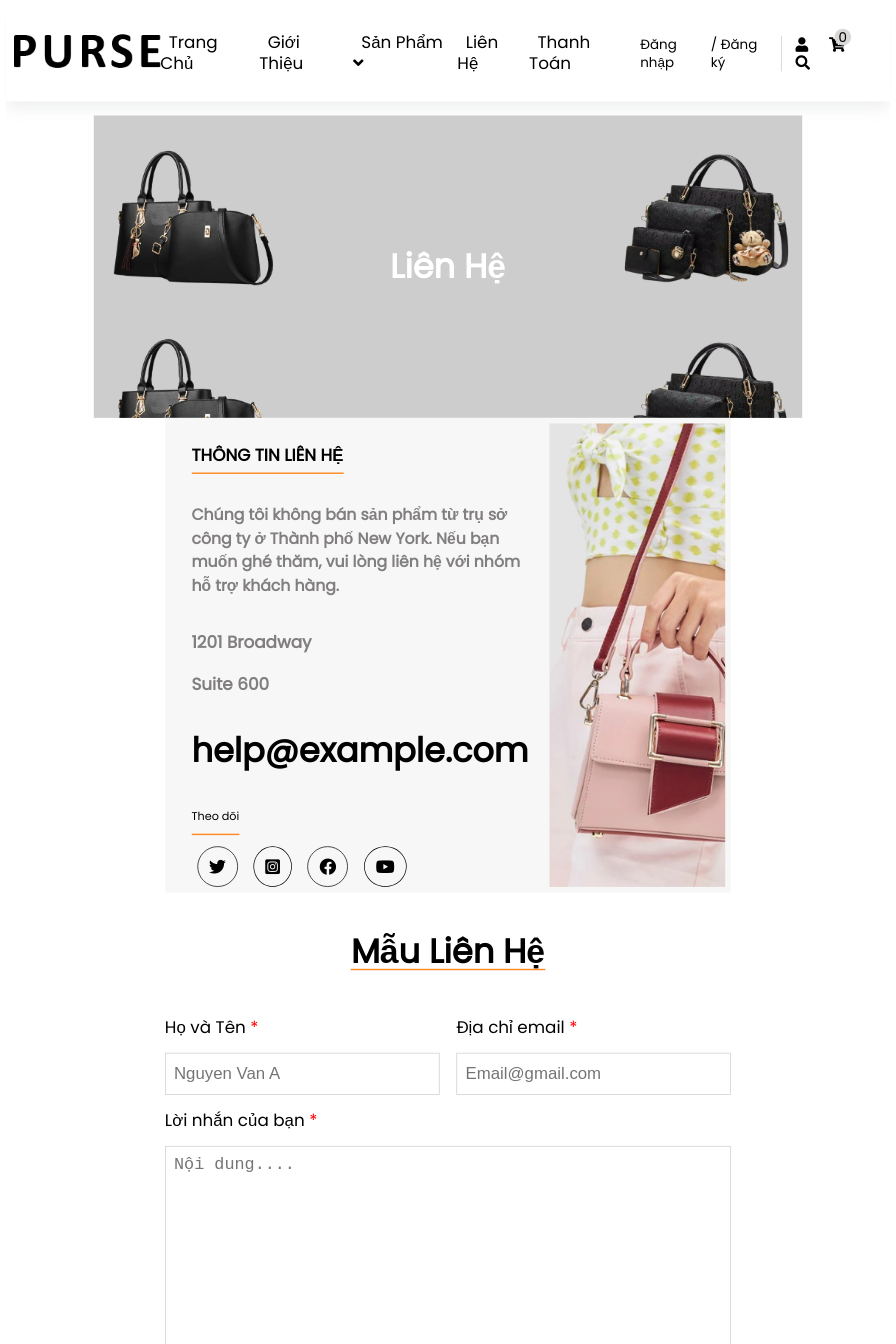
Repository: minh352623/project_firebase
Page: contact.html
The author's editor kept a copy of each file at every save. The page is drawn from the files as they stood at one save, then again after the next save.
The browser window is 1280 px wide. The pictures show the part of the page from y = 0 to 1920 px (the page is 2880 px tall before and 2888 px after), at 70% of full size.
Some web libraries are served in a nearby version.

Above is the page before, as saved 2022-05-12 20:15:56.

After the next save:
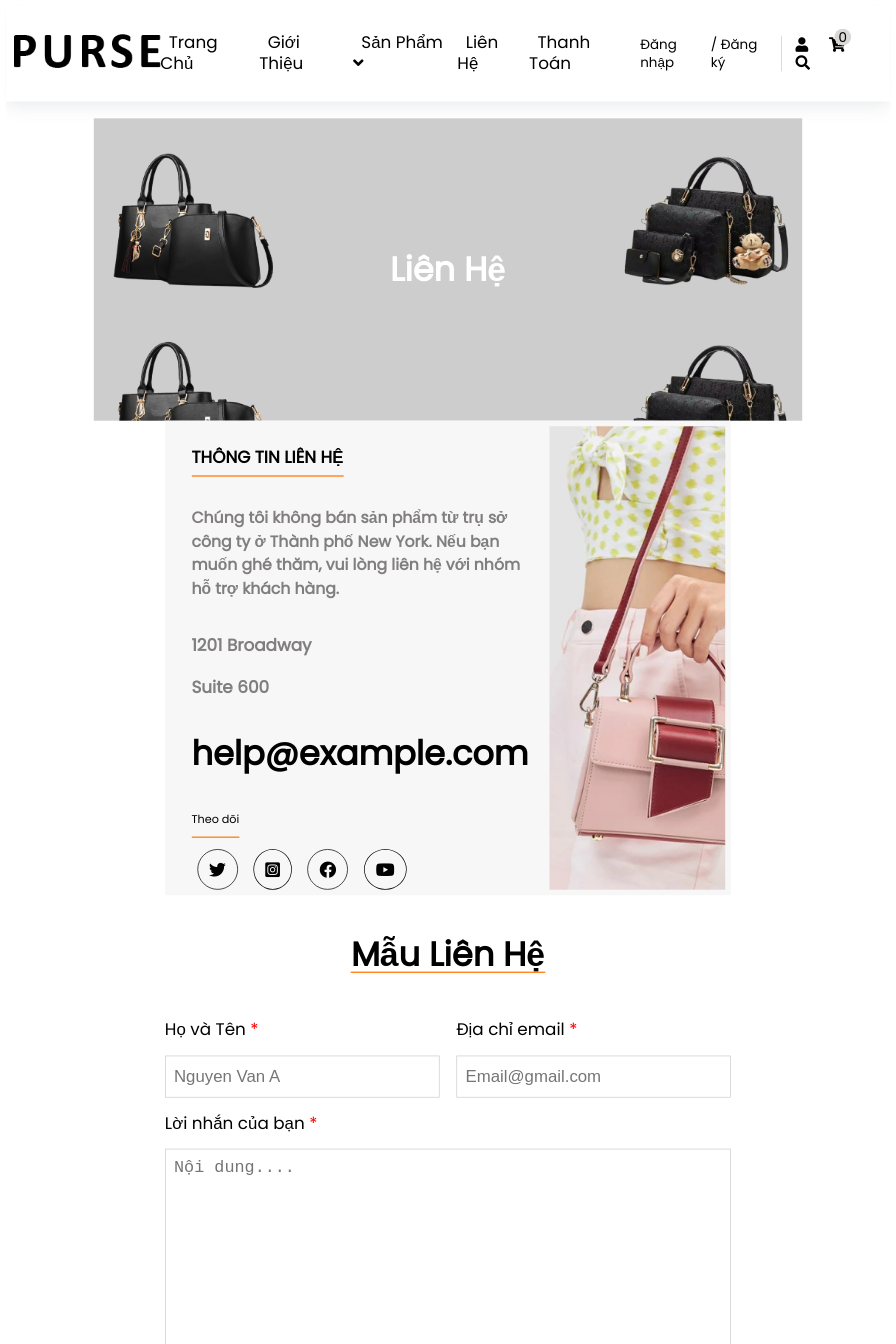
Saved 15 s later.
--- a/assets/css/main.css
+++ b/assets/css/main.css
@@ -122,7 +122,7 @@
 }
 /* main */
 .main{
-    margin: 20px auto;
+    margin: 24px auto;
     width: 80%;
 }
 .main-banner{
